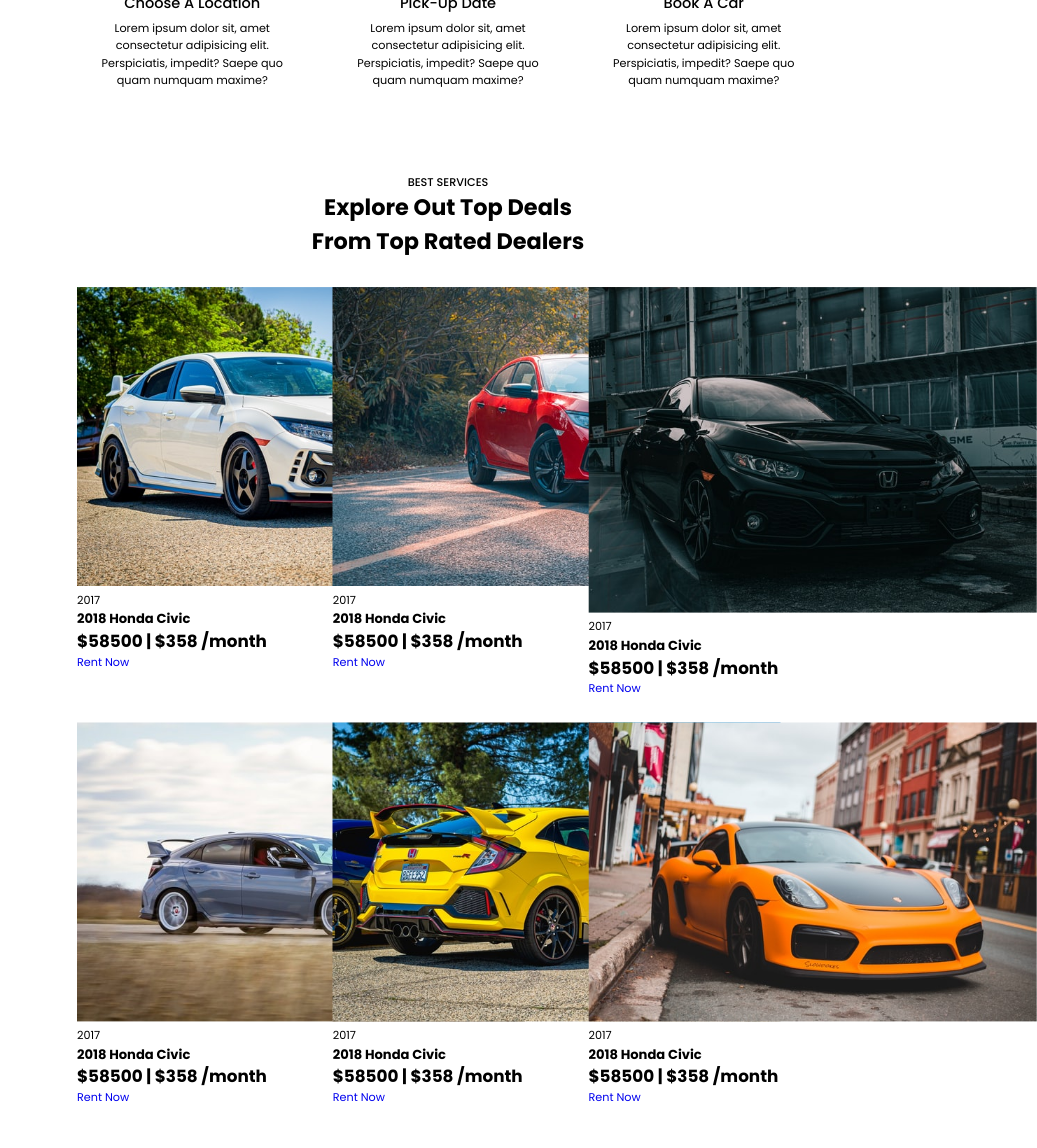
Repository: douglasabnovato/car-rental
Page: index.html
An editor plug-in stored every save of this project. The page is shown before and after a run of saves, followed by the edit.
The browser window is 1280 px wide. The page is 1481 px wide, so the pictures cover 1481 px, including what lies to the right of the window. The pictures show the part of the page from y = 983 to 2623 px (the page is 2623 px tall), at 70% of full size.

Above is the page before, as saved 2025-05-16 15:09:02.

After the next 2 saves:
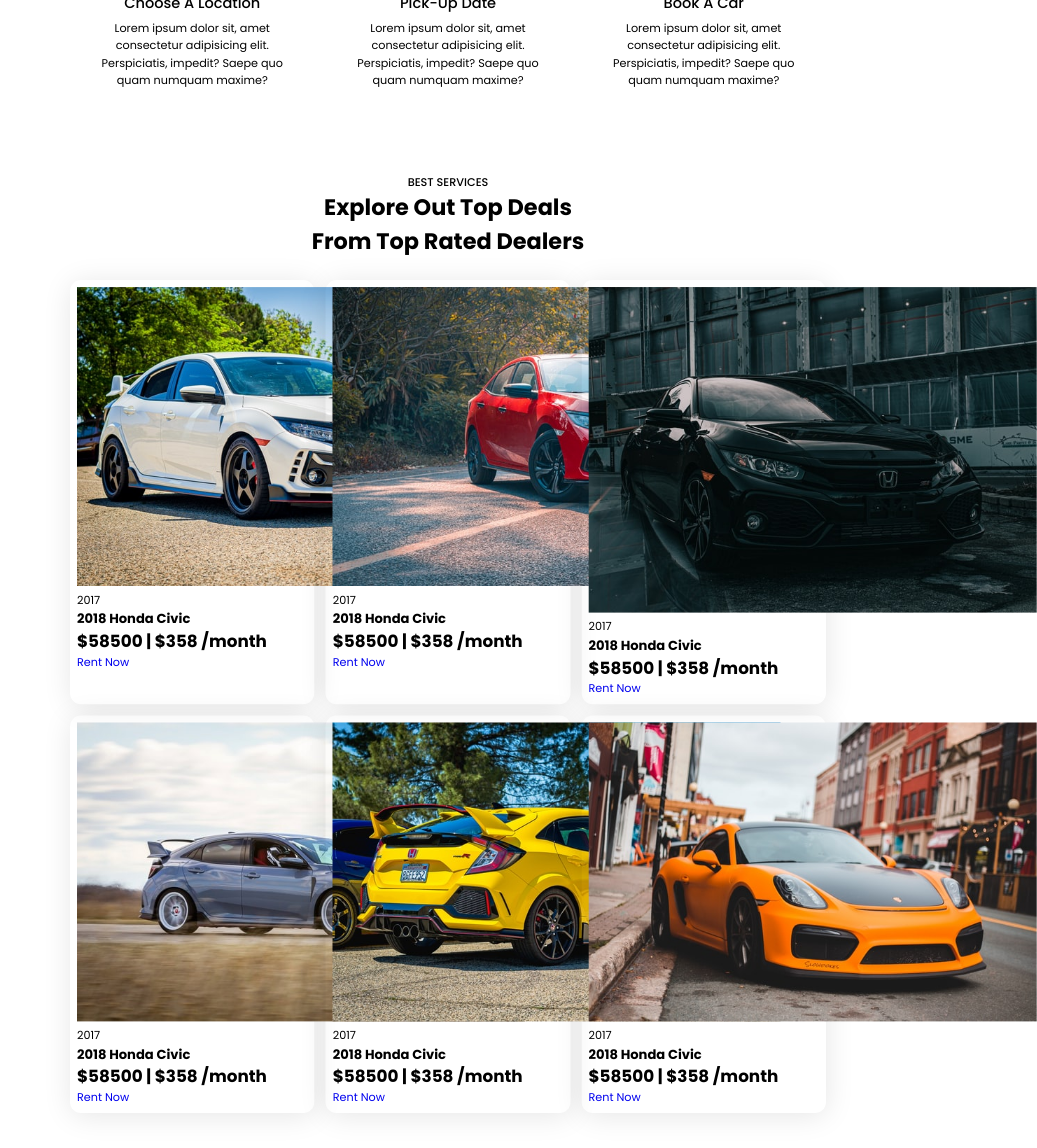
The 2 saves are shown as one change because they came seconds apart.
The last was saved 37 s later.
--- a/style.css
+++ b/style.css
@@ -241,14 +241,14 @@ header {
 
 /* Services */
 .services-container {
-    display: grid;
-    grid-template-columns: repeat(auto-fit, minmax(300px, auto));
-    gap: 1rem;
-    margin-top: 2rem;
-}
-
-.services-container .box{
-    padding: 10px;
-    border-radius: 1rem;
-    box-shadow: 1px;
-}
+  display: grid;
+  grid-template-columns: repeat(auto-fit, minmax(300px, auto));
+  gap: 1rem;
+  margin-top: 2rem;
+}
+
+.services-container .box {
+  padding: 10px;
+  border-radius: 1rem;
+  box-shadow: 1px 4px 41px rgba(0, 0, 0, 0.1);
+}
